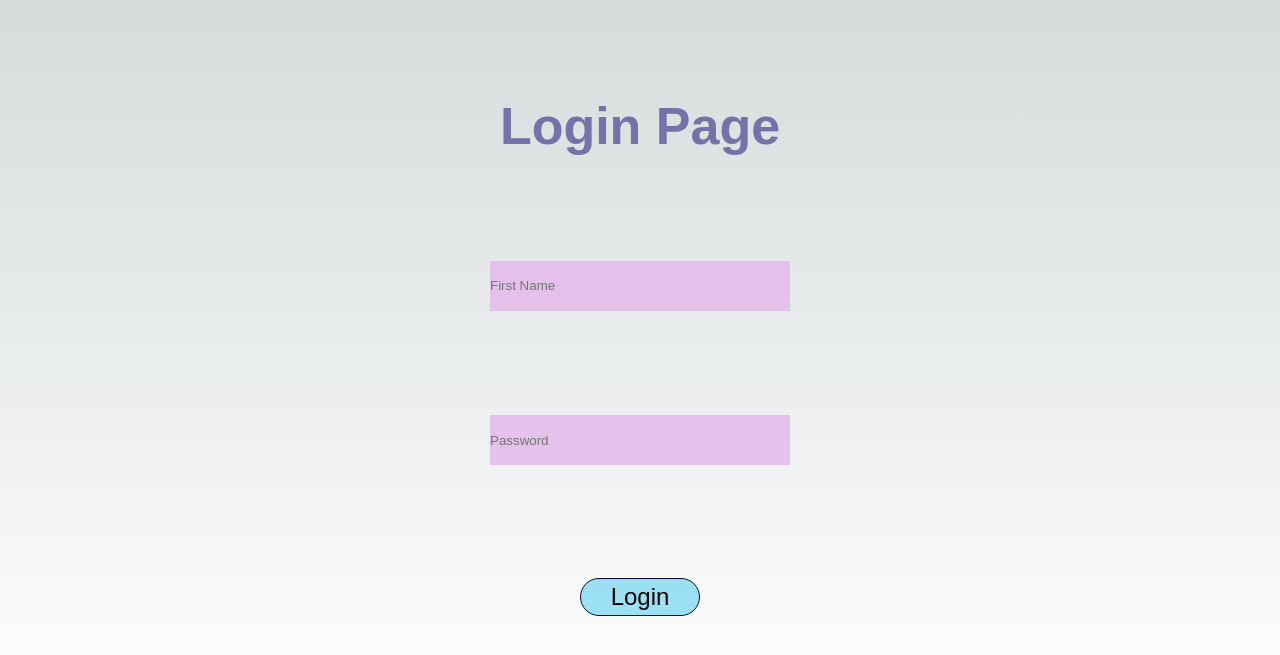
Repository: SaraShio/counter
Page: /
An editor plug-in stored every save of this project. The page is shown before and after a run of saves, followed by the edit.
The browser window is 1280 px wide. The pictures show the whole page.
The project was rebuilt for these pictures with package versions that can differ from the ones it lists, and the page was loaded fresh each time. The framework's server and built-in components were replaced by stand-ins that run in the browser. Also part of the build but not shown: next.config.js.

Above is the page before, as saved 2023-01-15 22:57:47.

After the next 2 saves:
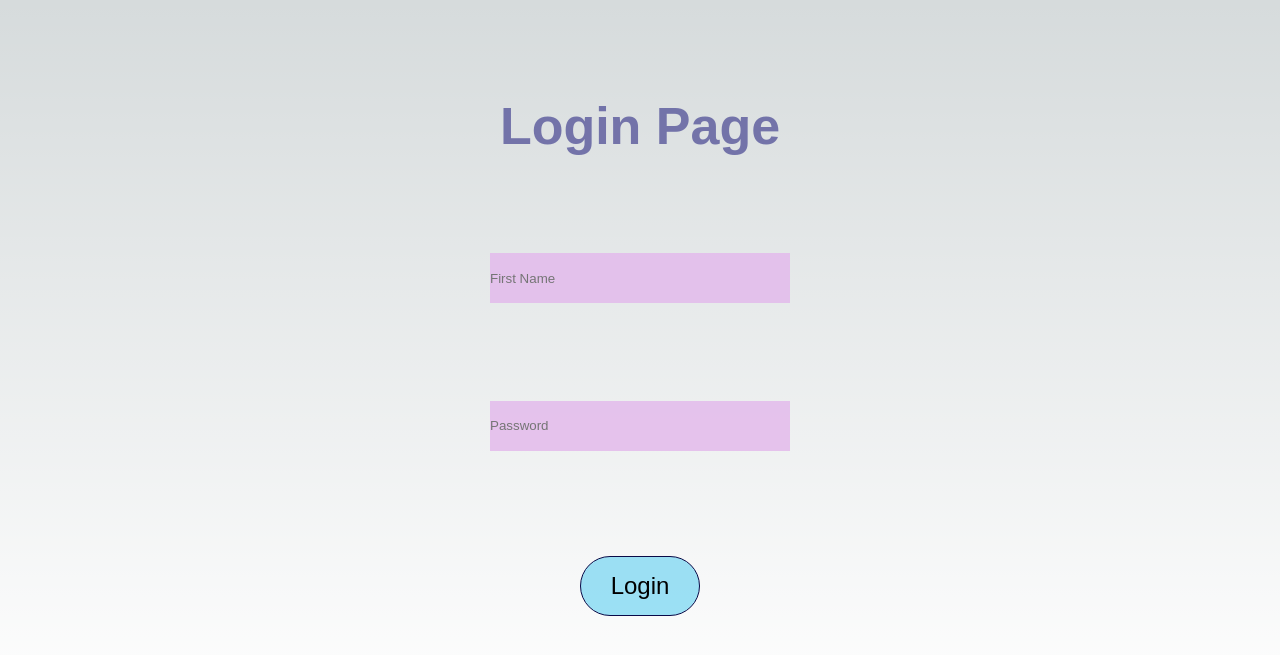
The 2 saves are shown as one change because they came seconds apart.
The last was saved 10 s later.
--- a/styles/Home.module.css
+++ b/styles/Home.module.css
@@ -29,6 +29,7 @@
   background-color: var(--light-blue);
   border: 0.5px solid var(--deep-blue);
   width: 120px;
+  height: 60px;
   border-radius: 1000px;
   font-size: var(--small-header-font);
   font-family: var(--new-font);
